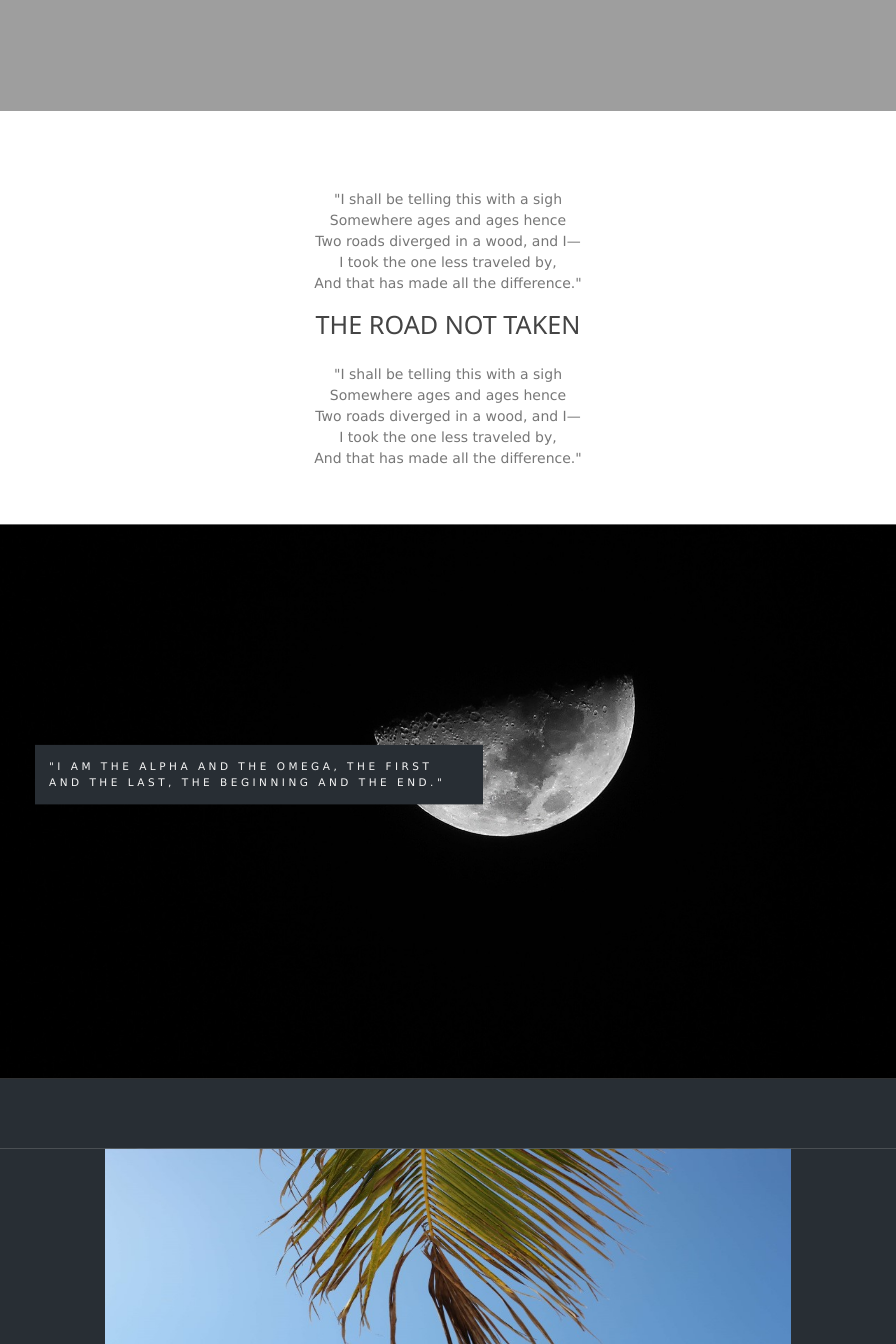
Repository: Jasondhillon/jasondhillon.github.io
Page: index.html
The author's editor kept a copy of each file at every save. The page is drawn from the files as they stood at one save, then again after a run of saves.
The browser window is 1280 px wide. The pictures show the part of the page from y = 633 to 2553 px (the page is 3786 px tall before and 3586 px after), at 70% of full size.
Pictures or frames that could not be fetched are drawn as grey boxes. Backgrounds fixed to the window are drawn as part of the page.

Above is the page before, as saved 2020-04-07 17:14:13.

### index.html
<!DOCTYPE html>
<html>
<head>
  <title>Welcome</title>
  <meta name="viewport" content="width=device-width, initial-scale=1">
  <meta name="robots" content="noindex, nofollow">
  <style>
    /*Above the fold*/
      html, body{width:100%; height: 100%; font-family: 'Ubuntu', sans-serif; color: whitesmoke;}

      .parallax{
      height:110%;
      background-attachment: fixed;
      background-position: center;
      background-repeat: no-repeat;
      background-size: cover;
      z-index: -5;
      }

      .topnav {
      position: absolute;
      overflow: hidden;
      }

      .topnav a {
      float: left;
      display: block;
      color: white;
      text-align: center;
      padding: 22px 21px;
      text-decoration: none;
      text-shadow: 0px 0px 10px black;
      font-size: 20px;
      }


      .topnav a:hover {
      background-color: #ddd;
      color: black;
      text-shadow: none;
      }

      .topnav .icon {
      display: none;
      color: white;
      }

      #welcome{
      text-align: center;
      position: absolute;
      left:0;
      width:100%;
      top:40%;
    }

    /*Mobile Media Query*/
      @media screen and (max-width:770px){
        html{overflow-x: hidden}
        /*Change Parallax to use smaller images*/
        .parallax{background-attachment: scroll;}
        #parallax1{background-image: url(../img/mosaic_small.jpg) !important;}
        #parallax2{background-image: url(../img/moon4_small2.jpg) !important; }
        #parallax3{background-image: url(../img/blur_small.jpg) !important;}

        /*Change Navbar to become hamburger menu*/
        .topnav a:not(:last-child) {
            display: none;
        }

        .topnav{
            min-height:100px;
            position: relative;
        }
        .topnav a.icon {
            position: absolute;
            right: 0;
            display: block;

        }
        .topnav.responsive {
            position: relative;
        }
        .topnav.responsive .icon {
            position: absolute;
            right: 0;
            top: 0;
        }
        .topnav.responsive a {
            float: none;
            display: block;
            text-align: left;
        }
      }
  </style>
  <!-- Async Script -->
    <noscript id="deferred-styles">
      <link rel="stylesheet" type="text/css" href="css/stylesheet.css"/>
      <link rel="stylesheet" href="https://www.w3schools.com/w3css/4/w3.css">
      <link rel="stylesheet" href="https://fonts.googleapis.com/css?family=Lato">
    </noscript>
    <script>
      var loadDeferredStyles = function() {
        var addStylesNode = document.getElementById("deferred-styles");
        var replacement = document.createElement("div");
        replacement.innerHTML = addStylesNode.textContent;
        document.body.appendChild(replacement)
        addStylesNode.parentElement.removeChild(addStylesNode);
      };
      var raf = requestAnimationFrame || mozRequestAnimationFrame ||
          webkitRequestAnimationFrame || msRequestAnimationFrame;
      if (raf) raf(function() { window.setTimeout(loadDeferredStyles, 0); });
      else window.addEventListener('load', loadDeferredStyles);
    </script>

</head>

<body>
<!-- Parallax/Navbar -->
  <div id="parallax1" class="parallax" style=" z-index: 1; height:110%; background-image: url(img/mosaic.JPG);" >
    <!--p style="color:white; height:110%; z-index: -599; position: absolute;"> loading </p-->

    <nav class="topnav" id="myTopnav">
      <a href="">Home</a>
      <a href="photos/index.html">Photos</a>
      <a href="about/index.html">About</a>
      <a href="contact/index.html">Contact</a>
      <a href="alt/index.html">Alt Site</a>
      <a href="javascript:void(0);" style="font-size:25px;" class="icon" onclick="myFunction();">&#9776;</a>
  </nav>

      <script>
          function myFunction()
          {
            var temp;
            var temp2;
            clearInterval(temp);
            clearInterval(temp2);

            var x = document.getElementById("myTopnav");
            var y = document.getElementById("welcometext");

            if (x.className === "topnav")
            {
              x.className += " responsive";

              y.style.opacity = 1;
              var temp = setInterval(function()
              {
                if(y.style.opacity<= 0)
                {
                  y.style.opacity = 0;
                  clearInterval(temp);

                }
                else
                {
                  y.style.opacity-=.1;
                  console.log("subtracting");
                }
              }, 10);

            }
            else
            {
              x.className = "topnav";
              y.style.opacity = 0;
                var temp2 = setInterval(function()
                {
                  if(y.style.opacity>= 1)
                  {
                    y.style.opacity = 1;
                    clearInterval(temp2);

                  }
                  else
                  {
                    y.style.opacity = parseFloat(y.style.opacity) + .05;
                    console.log("adding");
                  }
                }, 10);

            }
          }
      </script>

    <div id="welcome">
      <p id="welcometext">welcome</p>

      <script>
      var x = document.getElementById("welcometext");
      var y = new Date().getHours();
       if(y<12) x.innerHTML = "Good Morning";
       else if(y==12) x.innerHTML = "Welcome";
       else x.innerHTML = "Good Afternoon";
      </script>
    </div>

  </div>

<!-- Quote  -->
  <div style="background-color: white; padding: 80px 50px; line-height: 30px;">
    <p id="quote" style="padding-bottom: 20px; text-align: center; width:40%; white-space:pre-line; margin: 0 auto; font-size: 20px; color: #777">
      "I shall be telling this with a sigh
      Somewhere ages and ages hence
      Two roads diverged in a wood, and I—
      I took the one less traveled by,
      And that has made all the difference."</p>
    <h1 style="text-align: center; color: #444; text-transform: uppercase;">The Road Not Taken</h1>
    <p id="quote" style="text-align: center; width:40%; white-space:pre-line; margin: 0 auto; font-size: 20px; color: #777">
      "I shall be telling this with a sigh
      Somewhere ages and ages hence
      Two roads diverged in a wood, and I—
      I took the one less traveled by,
      And that has made all the difference."</p>
  </div>

<!-- Parallax/Moon -->
  <div id="parallax2" class="parallax" style="background-image: url(img/moon4.JPG);">
    <div style="position: relative; left:50px; top:100px; width:50%;">
      <p id="moontext">
        "I am the Alpha and the Omega,
          the First and the Last,
            the Beginning and the End."</p>
      </div>
  </div>

<!-- Slide Show -->
  <div style="background-color: #282E34; height: 100px;"></div>
  <div style="background-color: #282E34;">
    <div class="w3-content w3-display-container" style="height:350px; overflow:hidden">
      <img class="mySlides" src="img/IMG_0911.JPG" style="z-Index:3">
      <img class="mySlides" src="img/IMG_0810.JPG" style="z-Index:2">
      <img class="mySlides" src="img/IMG_1858.JPG" style="z-Index:1">

    <!-- Slide Show Buttons -->
      <div class="w3-center w3-container w3-section w3-large w3-text-white w3-display-bottommiddle" style="width:100%; z-index:4;">
        <div class="w3-left w3-hover-text-khaki" onclick="plusDivs(-1)">&#10094;</div>
        <div class="w3-right w3-hover-text-khaki" onclick="plusDivs(1)">&#10095;</div>
        <span class="w3-badge demo w3-border w3-transparent w3-hover-white" onclick="currentDiv(1)"></span>
        <span class="w3-badge demo w3-border w3-transparent w3-hover-white" onclick="currentDiv(2)"></span>
        <span class="w3-badge demo w3-border w3-transparent w3-hover-white" onclick="currentDiv(3)"></span>
      </div>

      <!--Slide Show Script -->
        <script>
          var slideIndex = 0;
          var j = null;
          document.getElementsByClassName("demo")[slideIndex].className += " w3-white";
          var looper = setInterval(function(){if(j==null){showNextDivs(1+slideIndex);}}, 5000);

          function plusDivs(n) {
            if(looper!== null){
              clearInterval(looper);
              looper = null;
            }

            if(j==null){
            showNextDivs(n+slideIndex);
            }
          }
          function currentDiv(n) {
            if(looper!== null){
              clearInterval(looper);
              looper = null;
            }

            if(j==null){
              showDivs(n);
            }
          }
          //////////////////////////////////////////////////////
          function showDivs(n) {
            var prev = slideIndex;
            var next = n-1;
            var x = document.getElementsByClassName("mySlides");
            var dots = document.getElementsByClassName("demo");

            x[prev].style.zIndex = 3;

            x[next].style.zIndex = 2;

            for(var i = 0; i<x.length; i++){
              if((i!== prev) && (i!==next)){
                x[i].style.zIndex = 1;
              }

            }
              var opc = 1;
              j = setInterval(function(){
                  if (opc <= 0) {
                    x[next].style.zIndex = 3;
                    x[prev].style.zIndex = 2;
                    x[prev].style.opacity = 1;
                      clearInterval(j);
                      j=null;
                  } else {
                      opc-=.01;

                      x[prev].style.opacity = opc;
                  }
              }, 10);

              slideIndex = next;

            for (i = 0; i < dots.length; i++) {
              dots[i].className = dots[i].className.replace(" w3-white", "");
            }

            dots[next].className += " w3-white";
            x[prev].style.opacity = 1;
          }
          ////////////////////////////////////////////////////
          function showNextDivs(n) {
            var x = document.getElementsByClassName("mySlides");
            var dots = document.getElementsByClassName("demo");

            var prev = slideIndex;
            var next = n;
            if (n == -1) {next = 2}
            if (n == 3) {next = 0}
            var x = document.getElementsByClassName("mySlides");
            var dots = document.getElementsByClassName("demo");

            x[prev].style.zIndex = 3;

            x[next].style.zIndex = 2;

            for(var i = 0; i<x.length; i++){
              if((i!== prev) && (i!==next)){
                x[i].style.zIndex = 1;
              }

            }
              var opc = 1;
              j = setInterval(function(){
                  if (opc <= 0) {
                    x[next].style.zIndex = 3;
                    x[prev].style.zIndex = 2;
                    x[prev].style.opacity = 1;
                      clearInterval(j);
                      j=null;
                  } else {
                      opc-=.01;

                      x[prev].style.opacity = opc;
                  }
              }, 10);

              slideIndex = next;

            for (i = 0; i < dots.length; i++) {
              dots[i].className = dots[i].className.replace(" w3-white", "");
            }

            dots[next].className += " w3-white";
            x[prev].style.opacity = 1;

            console.log("Previous: " + prev + "\nslideIndex: " + slideIndex)
          }
        </script>

      </div>
    </div>
  </div>
  <div style="background-color: #282E34; height: 100px;"></div>


<!-- Skype Bot -->
  <span class="skype-button bubble " data-bot-id="2c2a7e41-040a-4fcd-b10a-2480ac3c488e"></span>
  <script src="https://swc.cdn.skype.com/sdk/v1/sdk.min.js"></script>

  <!-- Parallax -->
  <div id="parallax3" class="parallax" style="background-image: url(img/blur.JPG);">
  </div>

  <!-- Footer -->
  <footer class="footer">
    <table class="footer" cellspacing="0" cellpadding="0">

      <tr>
        <td>
          <p class="footer">SOCIAL</p>
          <ul class="footer">
            <li class="footer"><a  class="footer" href="https://www.facebook.com/"> <img src="img/facebook.svg" alt="" width="50px" height="50px"></li>
            <li class="footer"><a  class="footer" href="https://twitter.com/"> <img src="img/twitter.svg" alt="" width="50px" height="50px"></li>
            <li class="footer"><a class="footer" href="https://plus.google.com/+"> <img src="img/googleplus.svg" alt="" width="50px" height="50px"></li>
            <li class="footer"><a class="footer" href="https://www.instagram.com//"> <img src="img/instagram.svg" alt="" width="50px" height="50px"></li>
            <li class="footer"><a class="footer" href="https://www.youtube.com/"> <img src="img/youtube.svg" alt="" width="50px" height="50px"></li>
          </ul>
        </td>

        <!--Desktop-->
        <td id="desktop">
            <h4>You can contact me here</h4>
            <h4><img id="icon" src="img/location2.png">Orlando, FL</h4>
            <h4><img id="icon" src="img/phone2.png"><a style="color:dodgerblue" href="tel:">1-407-407-0000</h4></a></li>
            <h4><img id="icon" src="img/mail2.png"><a style="color:dodgerblue" href="mailto:">email@gmail.com</a></h4>
        </td>
      </tr>

      <!--Mobile-->
      <tr>
        <td id="mobile">
          <ul style="margin: 0 auto; width: 100%; padding: 20px;">
            <li class="footer" style="width:100%"><h4>You can contact me here</h4></li>
            <li class="footer" style="width:100%"><h4><img id="icon" src="img/location2.png">Orlando, FL</h4></li>
            <li class="footer" style="width:100%"><h4><img id="icon" src="img/phone2.png"><a style="color:dodgerblue" href="tel:">1-407-407-0000</h4></a></li>
            <li class="footer" style="width:100%"><h4><img id="icon" src="img/mail2.png"><a style="color:dodgerblue" href="mailto:">email@gmail.com</a></h4></li>
          </ul>
        </td>
      </tr>
    </table>

  </footer>

</body>
</html>

### css/stylesheet.css
html, body{width:100%; height: 100%; font-family: 'Ubuntu', sans-serif; color: whitesmoke;}
a{text-decoration: underline;}
.mySlides {display:block; position: absolute;}
.w3-left, .w3-right, .w3-badge {cursor:pointer}
.w3-badge {height:13px; width:13px; padding:0}

/*Parallax*/
    .parallax{
        height:110%;
        background-attachment: fixed;
        background-position: center;
        background-repeat: no-repeat;
        background-size: cover;
        z-index: -5;
    }

 /*Moon Text*/
    #moontext {
        position: absolute;
        top:200px;
        text-transform:uppercase;
        background-color:#282E34;
        width:100%;
        letter-spacing: 5px;
        padding: 20px;
    }


/*Navbar*/
    .topnav {
        position: absolute;
        overflow: hidden;
        }

        .topnav a {
        float: left;
        display: block;
        color: white;
        text-align: center;
        padding: 22px 21px;
        text-decoration: none;
        text-shadow: 0px 0px 10px black;
        font-size: 20px;
        }


        .topnav a:hover {
        background-color: #ddd;
        color: black;
        text-shadow: none;
        }

        .topnav .icon {
        display: none;
        color: white;
        }

        #welcome{
            text-align: center;
            position: absolute;
            left:0;
            width:100%;
            top:40%;
        }

	#welcometext{
	    opacity: 1;
	    position: absolute;
	    left: 0;
	    right: 0;
	    text-transform: uppercase;
	    background-color: #282E34;
	    width: 250px;
	    text-align: center;
	    font-size: 20px;
	    letter-spacing: 10px;
	    padding: 20px;
	    margin: 0 auto;
	}

/*Footer*/
    footer{
        width:100%;
        background-color: #111;
        text-align: center;
        padding-bottom: 50px;
    }

    p.footer{
        padding-top: 50px;
        color: white;
        font-weight: bold;
    }

    ul.footer{
        display: inline;
        list-style: none;
        padding-right: 50px;
    }
    a.footer{
        text-decoration: none;
    }
    #mobile{
        display: none;
    }
    li.footer{
	    display: inline-block;
    }
    #desktop{
        padding-right: 100px;
        padding-top:50px;
        float: right;
    }
    table.footer{
        width: 100%; table-layout: fixed
    }

/*SkypeBot iframe*/
iframe{
    background-color: #111 !important;
    width: inherit !important;
    height: 2em;
    margin: 0 !important;
}

/*Mobile Media Query*/
    @media screen and (max-width:770px){
    html{overflow-x: hidden}
    /*Change Parallax to use smaller images*/
    .parallax{background-attachment: scroll;}
    #parallax1{background-image: url(../img/mosaic_small.jpg) !important;}
    #parallax2{background-image: url(../img/moon4_small2.jpg) !important; }
    #parallax3{background-image: url(../img/blur_small.jpg) !important;}

    /*Change Navbar to become hamburger menu*/
    .topnav a:not(:last-child) {
        display: none;
    }

    .topnav{
        min-height:100px;
        position: relative;
    }
    .topnav a.icon {
        position: absolute;
        right: 0;
        display: block;

    }
    .topnav.responsive {
        position: relative;
    }
    .topnav.responsive .icon {
        position: absolute;
        right: 0;
        top: 0;
    }
    .topnav.responsive a {
        float: none;
        display: block;
        text-align: left;
    }

    /*Change the slide show to fit the screen*/
    .mySlides{
        margin-left:-150px;
    }

    /*Change footer to mobile friendly variant*/
    .footer{
        padding: 0;
    }
    ul.footer{
        padding-right:0px;
    }

    td.footer{
        padding-right:0;
    }

    #desktop{
        display:none;
    }
    #mobile{
        display:block;
    }

    table{
        width:100%;
    }

    /*Positioning fixes for mobile*/
    #moontext{
        font-size: 12px;
        top:30px;
    }

    #quote{
        width:100% !important;

    }
}
@media screen and(max-width: 1090px){
    #quote{
        width:100% !important;
    }
}

After the next 2 saves:
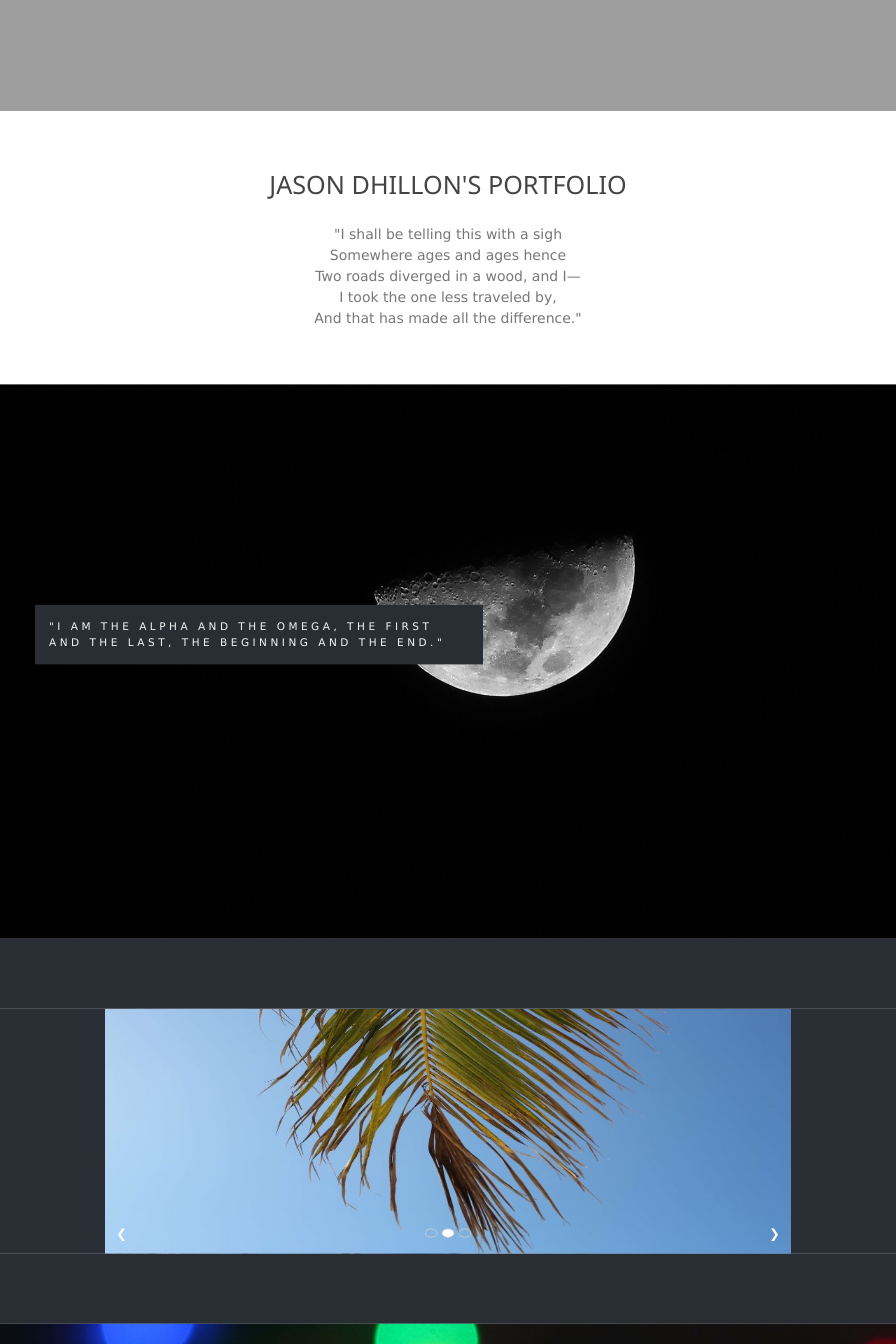
The 2 saves are shown as one change because they came seconds apart.
The last was saved 36 s later.
--- a/index.html
+++ b/index.html
@@ -199,13 +199,7 @@
 
 <!-- Quote  -->
   <div style="background-color: white; padding: 80px 50px; line-height: 30px;">
-    <p id="quote" style="padding-bottom: 20px; text-align: center; width:40%; white-space:pre-line; margin: 0 auto; font-size: 20px; color: #777">
-      "I shall be telling this with a sigh
-      Somewhere ages and ages hence
-      Two roads diverged in a wood, and I—
-      I took the one less traveled by,
-      And that has made all the difference."</p>
-    <h1 style="text-align: center; color: #444; text-transform: uppercase;">The Road Not Taken</h1>
+    <h1 style="text-align: center; color: #444; text-transform: uppercase;">Jason Dhillon's Portfolio </h1>
     <p id="quote" style="text-align: center; width:40%; white-space:pre-line; margin: 0 auto; font-size: 20px; color: #777">
       "I shall be telling this with a sigh
       Somewhere ages and ages hence
